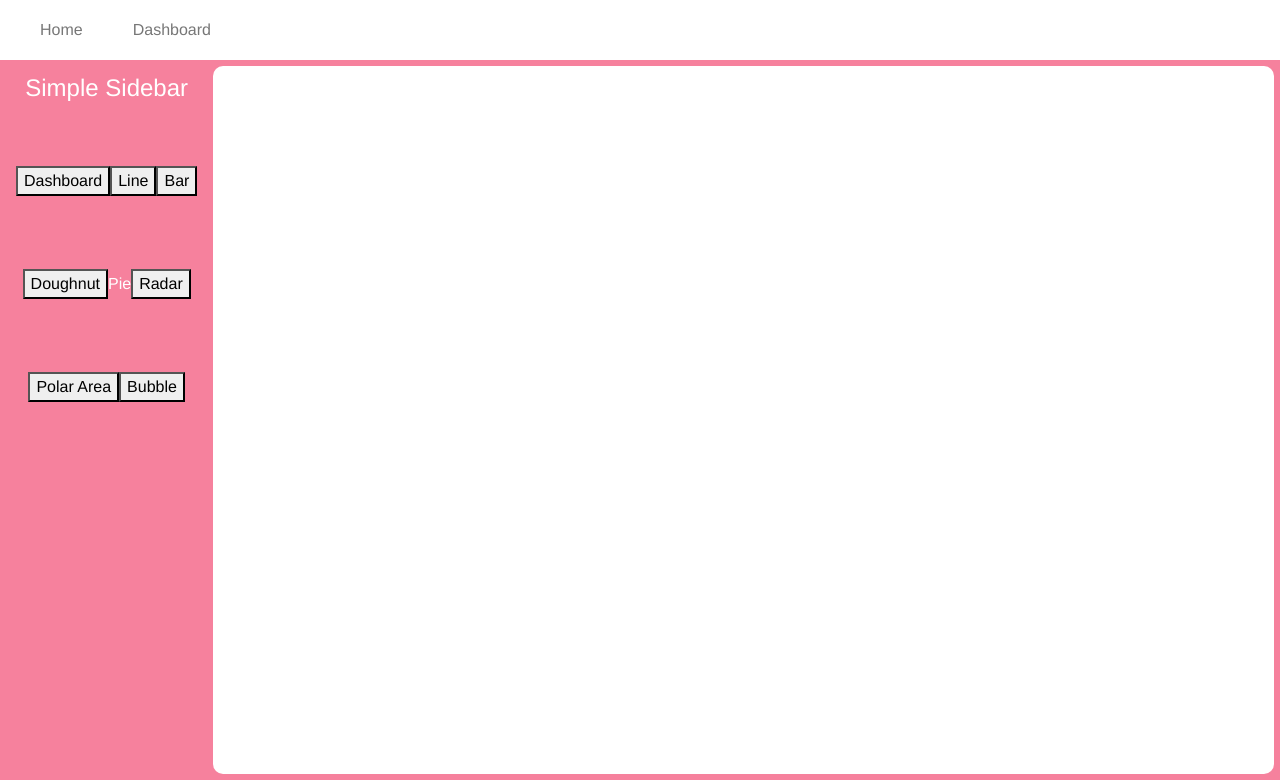
Repository: nashthecoder/vue_learn
Page: /dashboard (app in client/)
The author's editor kept a copy of each file at every save. The page is drawn from the files as they stood at one save, then again after the next save.
The browser window is 1280 px wide. The pictures show the whole page.
The project was rebuilt for these pictures with package versions that can differ from the ones it lists, and the page was loaded fresh each time. Imported but missing from the stored project, and not drawn on this page: client/src/views/Home.vue.

Above is the page before, as saved 2020-12-25 01:27:18.

After the next save:
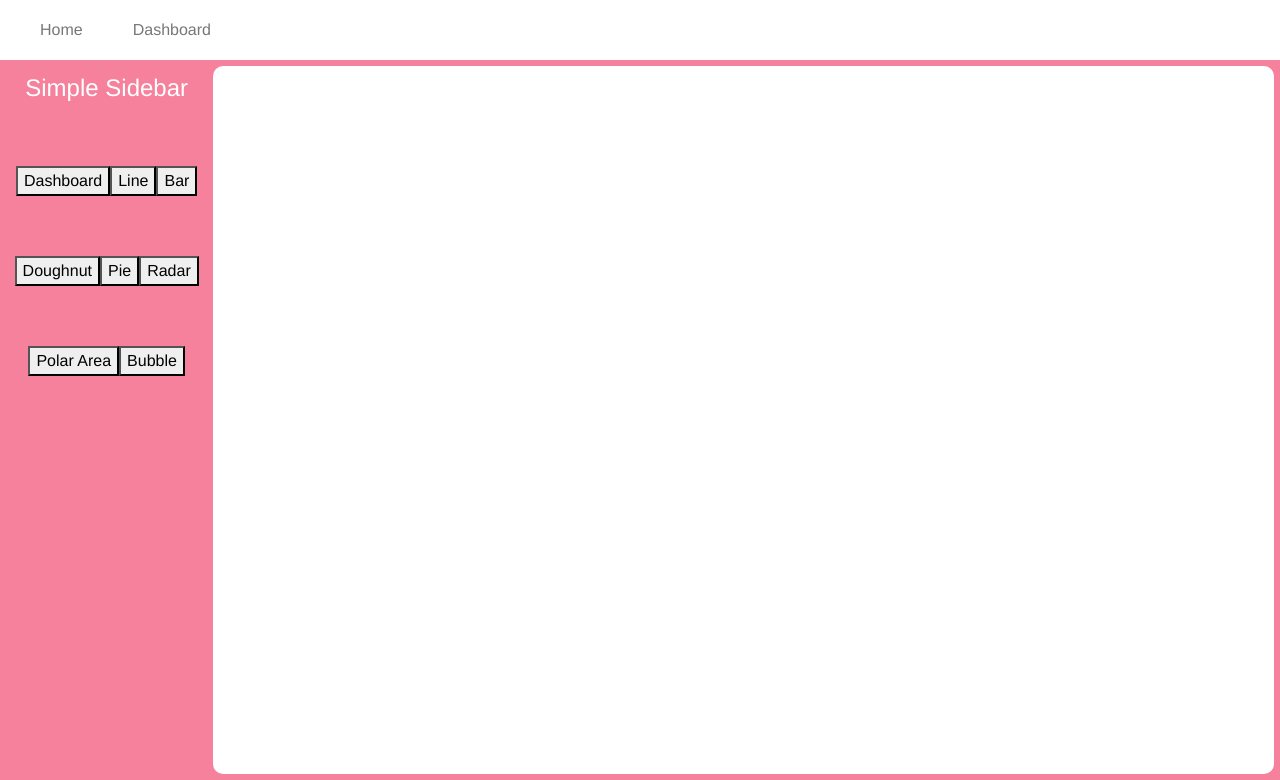
Saved 53 s later.
--- a/client/src/components/Sidebar.vue
+++ b/client/src/components/Sidebar.vue
@@ -44,7 +44,12 @@
           Doughnut
         </div>
       </router-link>
-      <router-link to="/pie" active-class="active" tag="button" exact class="side-btn">
+      <router-link
+        to="/pie"
+        active-class="active"
+        tag="button"
+        exactclass="side-btn"
+      >
         <div class="link-container">
           Pie
         </div>
